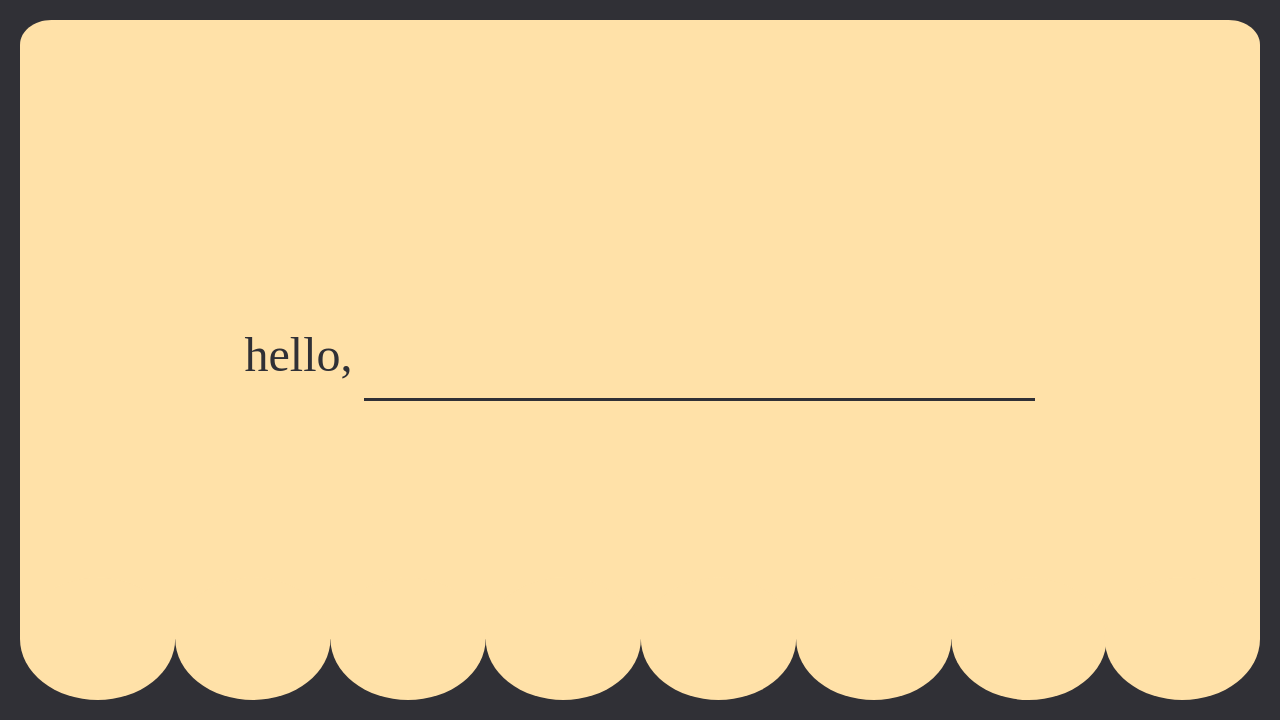
Repository: zhangolivia7/rot-recovery
Page: /
The author's editor kept a copy of each file at every save. The page is drawn from the files as they stood at one save, then again after the next save.
The browser window is 1280 px wide. The pictures show the whole page.
Some web fonts or font styles are not loaded; a fallback is used. The project was rebuilt for these pictures with package versions that can differ from the ones it lists, and the page was loaded fresh each time. The framework's server and built-in components were replaced by stand-ins that run in the browser. Also part of the build but not shown: next.config.ts.

Above is the page before, as saved 2025-03-29 18:14:46.

### src/app/layout.tsx
import type { Metadata } from "next";
import { Geist, Geist_Mono } from "next/font/google";
import "./globals.css";

const geistSans = Geist({
  variable: "--font-geist-sans",
  subsets: ["latin"],
});

const geistMono = Geist_Mono({
  variable: "--font-geist-mono",
  subsets: ["latin"],
});

export const metadata: Metadata = {
  title: "Rot Recovery",
  description: "it's comeback time.",
};

export default function RootLayout({
  children,
}: Readonly<{
  children: React.ReactNode;
}>) {
  return (
    <html lang="en">
      <body
        className={`${geistSans.variable} ${geistMono.variable} antialiased`}
      >
        {children}
      </body>
    </html>
  );
}

### src/app/page.tsx
'use client'
import { SetStateAction, useState } from "react";
import { useWindowSize } from 'react-use';
import Confetti from 'react-confetti-boom';

export default function Home() {
  const [name, setName] = useState("");
  const [tasks, setTasks] = useState<{ id: number; text: string }[]>([]);
  const [timeframe, setTimeframe] = useState("");
  const [newTask, setNewTask] = useState("");
  const [schedule, setSchedule] = useState<string>(""); //store groqAPI response
  const [loading, setLoading] = useState<boolean>(false);

  // Update name
  const updateName = (e: React.ChangeEvent<HTMLInputElement>) => {
    setName(e.target.value);
    console.log(name);
  };

  // Update task text
  const updateTaskText = (id: number, text: string) => {
    setTasks(tasks.map(task => (task.id === id ? { ...task, text } : task)));
  };

  // Delete a task
  const deleteTask = (id: number) => {
    setTasks(tasks.filter(task => task.id !== id));
  };

  // Add new task when Enter is pressed
  const handleKeyDown = (e: React.KeyboardEvent<HTMLInputElement>) => {
    if (e.key === "Enter" && newTask.trim() !== "") {
      setTasks([...tasks, { id: Date.now(), text: newTask }]);
      setNewTask("");
    }
  };

  // Send tasks and timeframe to ChatGPT API and update schedule
  const handleSubmit = async () => {
    if (tasks.length === 0 || timeframe.trim() === "") {
      alert("Please enter tasks and a timeframe.");
      return;
    }

    setLoading(true); // Show loading state

    // Prepare message for Groq
    var prompt = "";

    if (name.toLowerCase() === "leslie") {
      prompt = `ALWAYS USE <b> IF YOU NEED TO BOLD YOUR RESPONSES!!! DO NOT USE DOUBLE ASTERICKS\nHey! You're talking to my friend ${name}, who's been bedrotting and has ${timeframe} to get back on track! Here's what ${name} has to get done':\n` +
        tasks.map((task, index) => `${index + 1}. ${task.text}`).join("\n") +
        `\n\nShe REALLY likes Hatsune Miku, so pretending you're Hatsune Miku and including Hatsune Miku references, give them a structured, realistic schedule based on the current time and amount of time they have to work in this schedule format:\n[Introduction message (make sure you introduce yourself as Hatsune Miku)]\n[00:00-##:##: <b>Task</b>, bit of encouragement and tips on how to complete the task well] and repeat this structure. Here's an example: <b>[Greeting]</b>\n\nHere's your customized schedule: \n\n<b>00:00-00:30: Finish Math Homework,</b> Leslie-chan! Take a deep breath and dive into your math problems. Focus on one question at a time, and make sure you understand each concept before moving on to the next. You got this!\n\n<b>00:30-01:15: Watch Algorithms Class Lecture.</b> Take a short break to grab a snack or stretch, and then settle in to watch your lecture. Take notes on important points, and don't hesitate to pause the video if you need to review something.\n\n<b>01:15-03:00: Study for Linear Algebra Test.</b> You're almost there, Leslie-chan! Review your notes and textbook, and try to summarize key concepts in your own words. Make flashcards or create a concept map to help you visualize the material.\n\n[Closing message with Hatsune Miku references]`;
    } else {
      prompt = `ALWAYS USE <b> IF YOU NEED TO BOLD YOUR RESPONSES!!! DO NOT USE DOUBLE ASTERICKS. Hey! You're talking to my friend ${name}, who's been bedrotting and has ${timeframe} to get back on track! Here's what ${name} has to get done':\n` +
        tasks.map((task, index) => `${index + 1}. ${task.text}`).join("\n") +
        `\n\nIn a fun, chill tone, give them a structured, realistic schedule based on the current time and amount of time they have to work in this schedule format:\n[Introduction message]\n<b>00:00-##:##: Task</b>, bit of encouragement and tips on how to complete the task well. Repeat this structure. Here's an example: <b>[Greeting]</b>\n\nHere's your customized schedule:\n\n<b>00:00-00:20: History Studying,</b> Let's get that history test prep started! Focus on reviewing your notes, making flashcards, and going over any tricky dates or events. You got this, Bob!\n\n<b>00:20-00:45: English Essay Brainstorm,</b> Time to get those creative juices flowing! Take 10-15 minutes to brainstorm ideas for your essay, then organize your thoughts into an outline. Remember, a solid outline will make the writing process so much smoother!\n\n<b>00:45-01:10: Math Homework</b>, Math homework can be a real challenge, but you're almost there! Focus on one problem at a time, and don't be afraid to take breaks if you get stuck. You've got this, Bob! You're so close to finishing!\n\n<b>01:10-02:00: Write That Essay,</b> It's time to put your thoughts into words! Take your outline and start writing that essay. Remember to stay focused, and don't worry too much about grammar or spelling at this stage. Just get your ideas down on paper!\n\n[Closing message]`;
    }

    try {
      const response = await fetch("/api/generate-schedule", {
        method: "POST",
        headers: { "Content-Type": "application/json" },
        body: JSON.stringify({ prompt }),
      });

      const data = await response.json();
      setSchedule(data.schedule); // Store response
    } catch (error) {
      console.error("Error fetching schedule:", error);
      setSchedule("Failed to generate schedule. Try again.");
    } finally {
      setLoading(false);
    }

    // Scroll to the schedule section
    document.getElementById("next-section")?.scrollIntoView({ behavior: "smooth" });
  };

  return (
    <div className={`h-screen snap-y snap-mandatory ${name.trim() === "" ? "overflow-hidden" : "overflow-y-scroll"}`}>
      {/* Section 1 */}
      <section id="sec1" className="h-screen flex justify-center items-center snap-start relative overflow-hidden">
        {/* SVG Background with exact 10px margin on all sides */}
        <div className="absolute top-[20px] left-[20px] right-[20px] bottom-[20px] z-0">
          <svg
            viewBox="0 0 1382 961"
            fill="none"
            xmlns="http://www.w3.org/2000/svg"
            className="w-full h-full"
            preserveAspectRatio="none"
          >
            <path d="M0 35C0 15.6701 15.67 0 35 0H1347C1366.33 0 1382 15.67 1382 35V875H0V35Z" fill="#FFE1A8" />
            <circle cx="86.5" cy="874.5" r="86.5" fill="#FFE1A8" />
            <circle cx="259.5" cy="874.5" r="86.5" fill="#FFE1A8" />
            <circle cx="432.5" cy="874.5" r="86.5" fill="#FFE1A8" />
            <circle cx="605.5" cy="874.5" r="86.5" fill="#FFE1A8" />
            <circle cx="778.5" cy="874.5" r="86.5" fill="#FFE1A8" />
            <circle cx="951.5" cy="874.5" r="86.5" fill="#FFE1A8" />
            <circle cx="1124.5" cy="874.5" r="86.5" fill="#FFE1A8" />
            <circle cx="1295.5" cy="874.5" r="86.5" fill="#FFE1A8" />
          </svg>
        </div>

        {/* Foreground content */}
        <main className="z-10 flex flex-col gap-[32px] row-start-2 items-center sm:items-start">
          <div id="s1">
            <h1>
              hello, <input type="text" id="helloText" value={name} onChange={updateName} />
            </h1>
          </div>
        </main>
      </section>


      {name.trim() !== "" && (
        <>
          {/* Section 2 */}
          <section className="h-screen flex flex-col items-center snap-start">
            <div id="sec2" className="w-full h-full flex flex-col justify-start items-center pt-0">
              {name.toLowerCase() === "leslie" ? (
                // Special SVG for Leslie
                <svg width="724" height="509" viewBox="0 0 724 509" fill="none" xmlns="http://www.w3.org/2000/svg">
                  <path d="M495 354.5C491.4 354.5 469.167 355.833 458.5 356.5L460 359L528.5 363L525.5 359C516.833 357.5 498.6 354.5 495 354.5Z" fill="#88D0C7" />
                  <path d="M558 413L503.5 434.5L547 451L586 425L558 413Z" fill="#8A8585" />
                  <circle cx="545.624" cy="378" r="25" fill="#FFE1A8" />
                  <path d="M336.624 363C375.024 348.6 487.291 357 538.624 363L542.624 397C534.624 399.667 512.224 405.4 486.624 407C461.024 408.6 347.957 445 294.624 463C271.124 474.333 212.524 497 166.124 497C108.124 497 48.1241 453 50.1241 463C51.7241 471 30.7908 497 20.1241 509C12.7908 504.333 -1.4759 491.8 0.124102 479C1.7241 466.2 26.1241 437.667 38.1241 425L156.124 449C144.791 428.333 128.924 382.2 156.124 363C190.124 339 288.624 381 336.624 363Z" fill="#FFE1A8" />
                  <path d="M455.601 453.39C444.301 452.836 398.096 425.701 378.624 407L412.829 390.125C421.464 391.114 453.014 384.686 455.601 396.594C458.836 411.478 493.917 434.314 524.131 436.079C554.345 437.844 558.339 448.801 544.659 456.342C530.98 463.883 469.726 454.083 455.601 453.39Z" fill="#FFE1A8" />
                  <path d="M529 359C505.167 359.167 455.8 360.1 449 362.5C440.5 365.5 408.5 380.5 403 386.5C397.5 392.5 387.5 398 385.5 406C383.9 412.4 384.833 415.333 385.5 416C381.167 412.5 372.8 404.1 374 398.5C375.423 391.858 379.997 387.017 382.597 386.539C380.62 386.631 375.704 386.944 375 388C374.2 389.2 373.333 390.833 373 391.5C373.167 386.667 374.9 376.1 380.5 372.5C387.5 368 403.5 358.5 417 357C430.5 355.5 463 353 473.5 353C484 353 521.5 357 524 357C526 357 528.167 358.333 529 359Z" fill="#88D0C7" />
                  <path d="M550 371.5C553.2 374.3 558.667 374.667 561 374.5L554 369.5L541 362H550C548 361 543 359 539 359C535 359 529.167 360.5 526.5 361.5C525.667 360.5 523.5 359 525.5 359C528 359 534.5 352.5 541 351.5C547.5 350.5 557 353 561 355C564.2 356.6 567.167 361 567.5 364C568.333 364.5 569 368.3 571 371.5C573.5 375.5 567 396 566 397C565 398 547.5 406.5 544 406.5C540.5 406.5 436.5 434 411 446C385.5 458 297 481.5 291.5 481C287.1 480.6 276.333 476.5 271.5 474.5C275.667 475.5 284.7 476.7 287.5 473.5C290.3 470.3 305.667 466.167 313 464.5H301C295 464.5 287.167 470.5 284 473.5C285.5 471 289.1 465.7 291.5 464.5C293.9 463.3 303.833 457.667 308.5 455C312 454.833 320.8 453.6 328 450C337 445.5 433 410.5 454.5 406.5C471.7 403.3 512.333 398.833 530.5 397C535 398.5 545.2 401.5 550 401.5C553.076 401.5 557.203 399.266 560.091 397.493C558.356 397.618 556.601 396.675 554 397C550.8 397.4 544 391.167 541 388H550C554.8 388 559.333 385.667 561 384.5C558.167 383.333 552 380.6 550 379C548 377.4 545.167 368.333 544 364C544.667 365.333 546.8 368.7 550 371.5Z" fill="#88D0C7" />
                  <path d="M724 -9L586 425L558 413L507.5 433L3 -9H724Z" fill="#F8F2EC" fill-opacity="0.5" />
                  <path d="M531.5 350L529 360.5L526 362L527.5 348L531.5 350Z" fill="#9C4066" />
                  <path d="M543 411.5L530 397.5V397L525.5 397.5L535 408.5L531 409.5L534 411.5H543Z" fill="#9C4066" />
                </svg>
              ) : (
                // Default SVG
                <svg width="724" height="509" viewBox="0 0 724 509" fill="none" xmlns="http://www.w3.org/2000/svg">
                  <path d="M558 413L503.5 434.5L547 451L586 425L558 413Z" fill="#8A8585" />
                  <circle cx="545.624" cy="378" r="25" fill="#FFE1A8" />
                  <path d="M336.624 363C375.024 348.6 487.291 357 538.624 363L542.624 397C534.624 399.667 512.224 405.4 486.624 407C461.024 408.6 347.957 445 294.624 463C271.124 474.333 212.524 497 166.124 497C108.124 497 48.1241 453 50.1241 463C51.7241 471 30.7908 497 20.1241 509C12.7908 504.333 -1.4759 491.8 0.124102 479C1.7241 466.2 26.1241 437.667 38.1241 425L156.124 449C144.791 428.333 128.924 382.2 156.124 363C190.124 339 288.624 381 336.624 363Z" fill="#FFE1A8" />
                  <path d="M455.601 453.39C444.301 452.836 398.096 425.701 378.624 407L412.829 390.125C421.464 391.114 453.014 384.686 455.601 396.594C458.836 411.478 493.917 434.314 524.131 436.079C554.345 437.844 558.339 448.801 544.659 456.342C530.98 463.883 469.726 454.083 455.601 453.39Z" fill="#FFE1A8" />
                  <path d="M724 -9L586 425L558 413L507.5 433L3 -9H724Z" fill="#F8F2EC" fillOpacity="0.5" />
                </svg>
              )}
              <h1 className="text-3xl mt-4">so you've been rotting...</h1>
            </div>
          </section>

          {/* Section 3 */}
          <section className="h-screen flex flex-col items-center justify-center snap-start">
            <div id="form">
              <h1 className="text-3xl">let's get back on track, {name}</h1>

              {/* Timeframe Input */}
              <input
                className="border p-2 w-80 mt-2"
                placeholder="Timeframe (e.g., 2 hours)"
                value={timeframe}
                onChange={(e) => setTimeframe(e.target.value)}
              />

              {/* To-Do List */}
              <div className="mt-4">
                <h2 className="text-lg font-bold">Enter your tasks</h2>
                <ul className="mt-3 space-y-2">
                  {tasks.map(task => (
                    <li key={task.id} className="flex items-center space-x-2">
                      <input
                        type="text"
                        value={task.text}
                        onChange={(e) => updateTaskText(task.id, e.target.value)}
                        className="border-b focus:outline-none bg-transparent w-full"
                      />
                      <button onClick={() => deleteTask(task.id)} className="text-lg">
                        ✕
                      </button>
                    </li>
                  ))}
                </ul>
              </div>

              {/* Add Task Input */}
              <input
                className="border p-2 w-80 mt-2"
                placeholder="Add a task and hit enter"
                value={newTask}
                onChange={(e) => setNewTask(e.target.value)}
                onKeyDown={handleKeyDown}
              />

              {/* Submit Button */}
              <button
                onClick={handleSubmit}
                className="mt-4 p-2 rounded-md"
              >
                {loading ? "Generating..." : "That's It"}
              </button>
            </div>
          </section>

          {/* Next Section - Display Schedule */}
          {schedule && (
            <section id="next-section" className="h-screen flex justify-center items-center snap-start">
              <div className="text-center max-w-xl">
                <h1 className="text-3xl mb-4">your schedule</h1>
                {loading ? (
                  <p className="text-lg">Generating your schedule...</p>
                ) : (
                  <p
                    className="whitespace-pre-wrap"
                    dangerouslySetInnerHTML={{ __html: schedule || "Your schedule will appear here." }}
                  />
                )}
              </div>
            </section>
          )}
        </>
      )}
    </div>
  );
}

### src/app/globals.css
@import url('https://fonts.googleapis.com/css2?family=Shrikhand&display=swap');
@import url('https://fonts.googleapis.com/css2?family=Lalezar&display=swap');
@import "tailwindcss";

@theme inline {
  --color-background: var(--background);
  --color-foreground: var(--foreground);
  --font-sans: var(--font-geist-sans);
  --font-mono: var(--font-geist-mono);
  --font-shrikhand: 'Shrikhand', cursive;
  --font-Lalezar: 'Lalezar', normal;
}

:root {
  --background: #303036;
  --foreground: #f1e4cc;
}

@media (prefers-color-scheme: dark) {
  :root {
    --background: #303036;
    --foreground: #f1e4cc;
  }
}

html {
  scroll-behavior: smooth;
}

.h-screen {
  height: 100vh;
}

.overflow-y-scroll {
  overflow-y: scroll;
}

.snap-y {
  scroll-snap-type: y mandatory;
}

.snap-start {
  scroll-snap-align: start;
}

body {
  background: var(--background);
  color: var(--foreground);
}

h1 {
  font-size: 3em;
}

#helloText {
  border-bottom: 3px solid var(--background);
}

#helloText:focus {
  outline: none;
}

#sec2 {
  display: flex;
  flex-direction: column;
  gap: 30px;
}

#form {
  display: flex;
  flex-direction: column;
  margin: 10px;
}

#s1 h1 {
  color: var(--background);
  font-family: var(--font-shrikhand);
}

#s1 input {
  font-family: "Lalezar", system-ui;
  font-weight: 50;
  font-style: normal;
}

After the next save:
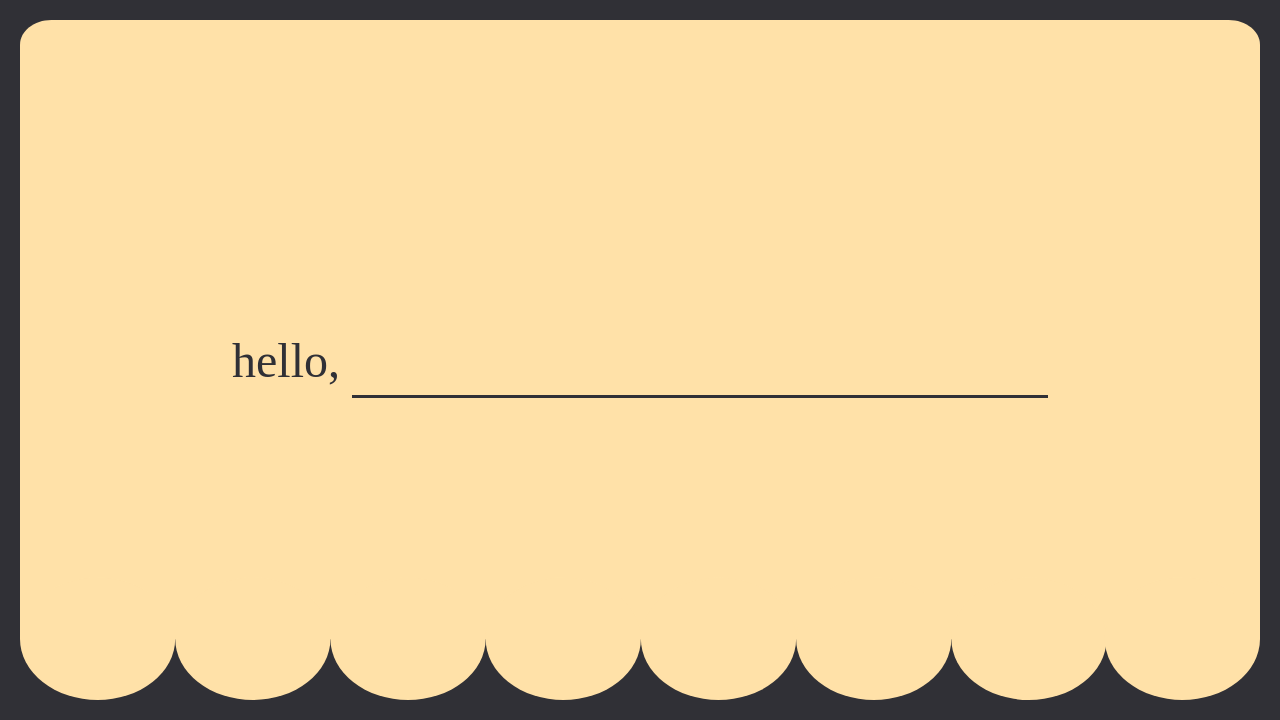
Saved 3 min 8 s later.
--- a/src/app/globals.css
+++ b/src/app/globals.css
@@ -1,5 +1,5 @@
 @import url('https://fonts.googleapis.com/css2?family=Shrikhand&display=swap');
-@import url('https://fonts.googleapis.com/css2?family=Lalezar&display=swap');
+@import url('https://fonts.googleapis.com/css2?family=Nobile:ital,wght@0,400;0,500;0,700;1,400;1,500;1,700&display=swap');
 @import "tailwindcss";
 
 @theme inline {
